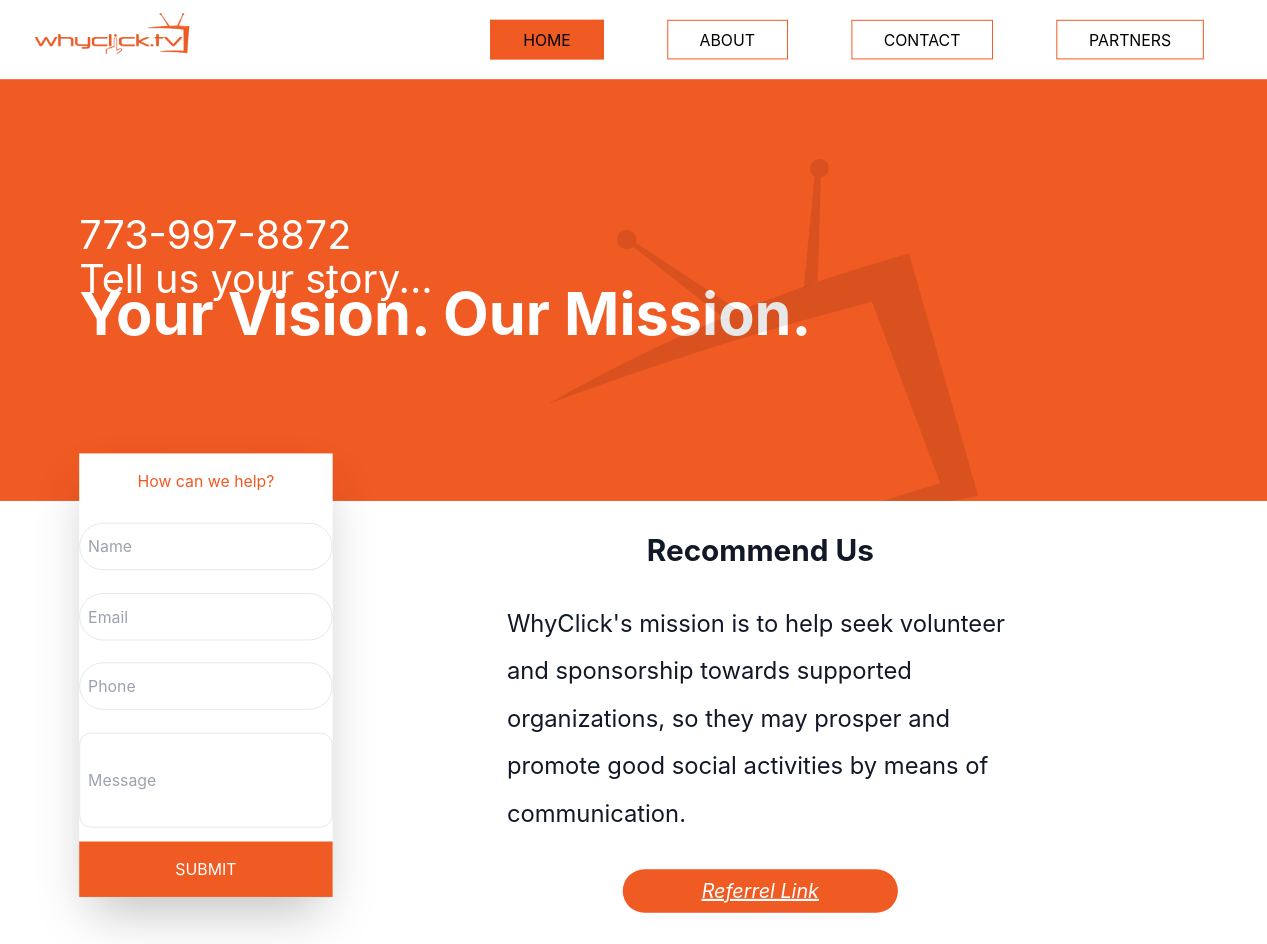
Repository: legenddev1202/whyclicktv
Page: /
These files come from the project's save history. The page is drawn as it stood at one moment and after the next save; the edit follows.
The browser window is 1280 px wide. The pictures show the whole page, at 99% of full size.
The project was rebuilt for these pictures with package versions that can differ from the ones it lists, and the page was loaded fresh each time. Also part of the build but not shown: src/App.css, src/pages/about.js, src/pages/contact.js, src/pages/partners.js, src/pages/referral.js.

Above is the page before, as saved 2022-03-31 13:00:18.

After the next save:
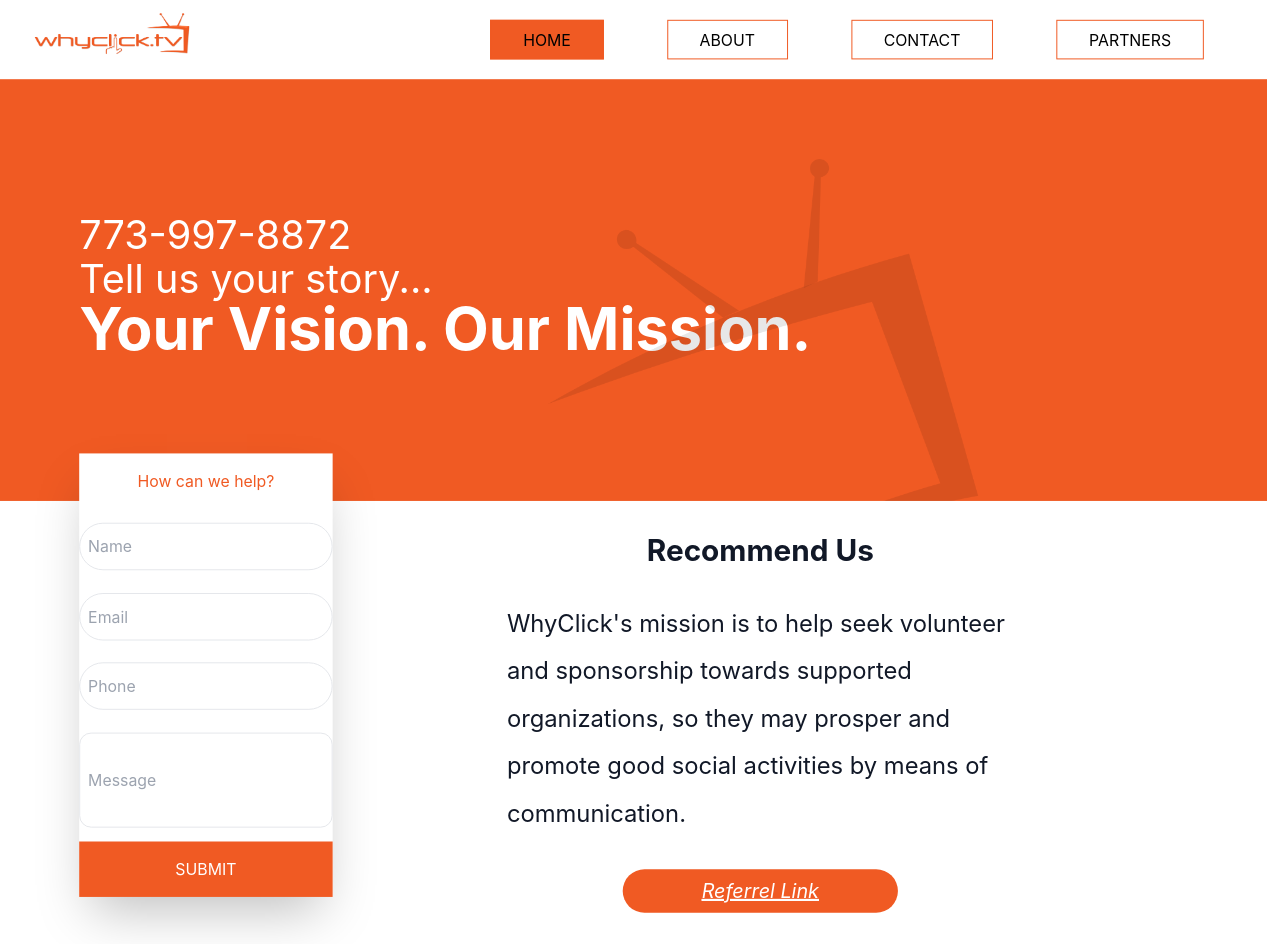
Saved 5 s later.
--- a/src/pages/home.js
+++ b/src/pages/home.js
@@ -57,7 +57,7 @@ function Home() {
               Tell us your story...
             </div>
             <div
-              className="text-4xl font-bold text-white"
+              className="text-4xl font-bold text-white pt-4"
               style={{ fontSize: 60 }}
             >
               Your Vision. Our Mission.
